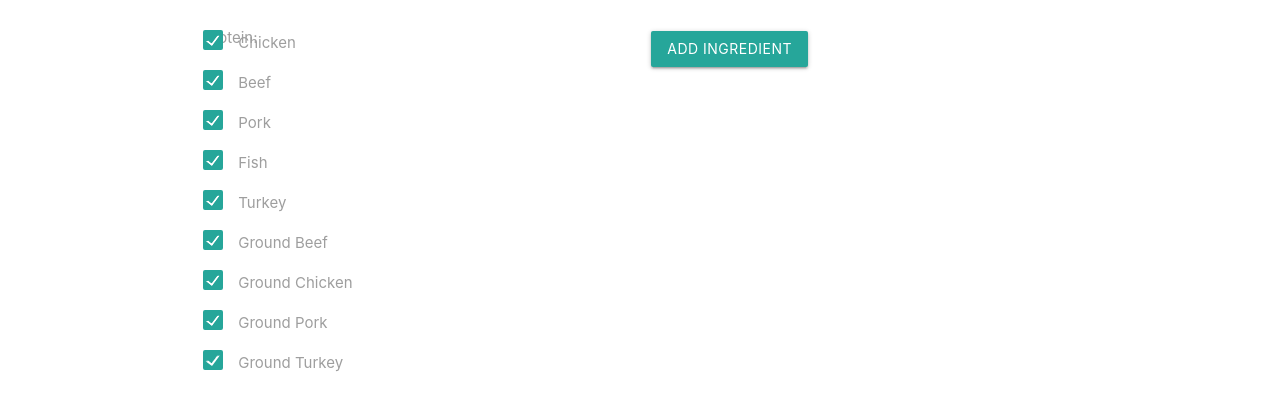
Repository: Aaron-R-Carter/Project1
Page: prototype.html
An editor plug-in stored every save of this project. The page is shown before and after a run of saves, followed by the edit.
The browser window is 1280 px wide. The pictures show the whole page.

Above is the page before, as saved 2019-10-31 23:10:11.
Console error: SyntaxError: Unexpected token '<'

### prototype.html
<!DOCTYPE html>
<html>

<head>
    <!--Import Google Icon Font-->
    <link href="https://fonts.googleapis.com/icon?family=Material+Icons" rel="stylesheet">
    <!--Import materialize.css-->
    <link rel="stylesheet" href="https://cdnjs.cloudflare.com/ajax/libs/materialize/1.0.0/css/materialize.min.css">
    <link rel="stylesheet" href="./prototype.css">
    <!--Let browser know website is optimized for mobile-->
    <meta name="viewport" content="width=device-width, initial-scale=1.0" />

</head>

<body>

    <div class="container">
        <div id="check-box" class="row">
            <div class="input-field col s6">
                <label type="text" class="label">Protein:</label>
                <form action="#">
                    <p>
                        <label>
                            <input type="checkbox" class="filled-in" checked="checked" />
                            <span>Chicken</span>
                        </label>
                    </p>
                    <p>
                        <label>
                            <input type="checkbox" class="filled-in" checked="checked" />
                            <span>Beef</span>
                        </label>
                    </p>
                    <p>
                        <label>
                            <input type="checkbox" class="filled-in" checked="checked" />
                            <span>Pork</span>
                        </label>
                    </p>
                    <p>
                        <label>
                            <input type="checkbox" class="filled-in" checked="checked" />
                            <span>Fish</span>
                        </label>
                    </p>
                    <p>
                        <label>
                            <input type="checkbox" class="filled-in" checked="checked" />
                            <span>Turkey</span>
                        </label>
                    </p>
                    <p>
                        <label>
                            <input type="checkbox" class="filled-in" checked="checked" />
                            <span>Ground Beef</span>
                        </label>
                    </p>
                    <p>
                        <label>
                            <input type="checkbox" class="filled-in" checked="checked" />
                            <span>Ground Chicken</span>
                        </label>
                    </p>
                    <p>
                        <label>
                            <input type="checkbox" class="filled-in" checked="checked" />
                            <span>Ground Pork</span>
                        </label>
                    </p>
                    <p>
                        <label>
                            <input type="checkbox" class="filled-in" checked="checked" />
                            <span>Ground Turkey</span>
                        </label>
                    </p>
                </form>
            </div>
            <div class="input-field col s6">

            </div>
            <form id="ingredient-add-btn" class="row">

                <!-- Button will trigger new ingredient to be added -->
                <div class="col s 12">
                    <input id="add " class="btn btn-primary mb-2" type="submit" value="add ingredient">
                </div>
            </form>


            <div id="ingredient-view-button"></div>

        </div>



        <script src="https://code.jquery.com/jquery-3.4.1.min.js"
            integrity="sha256-CSXorXvZcTkaix6Yvo6HppcZGetbYMGWSFlBw8HfCJo=" crossorigin="anonymous"></script>
        <script src="https://cdnjs.cloudflare.com/ajax/libs/materialize/1.0.0/js/materialize.min.js"></script>
        <script src="./script.js"></script>

</body>

</html>

### prototype.css
#form-page {
    width: 100%;
    height: 200px;
    border: 2px solid black;
}
.label {
    font-size: 15px;
}
#ingredient-input {
    width: 100%;
    height: 200px;
    border: 2px solid black;
}

### script.js

    <div id="left-box">
    <form id="ingredient-form">
        <label for="ingredient-input">List of Ingredients:</label>
        <br>
        <input type="text" id="ingredient-input" placeholder="Ingredients">

        <!-- Button will trigger new ingredients to be added -->
        <input id="add " class="btn btn-primary mb-2" type="submit" value="Add a zipcode">
    </form>

    <div id="zipcode-view"></div>
</div>

After the next 2 saves:
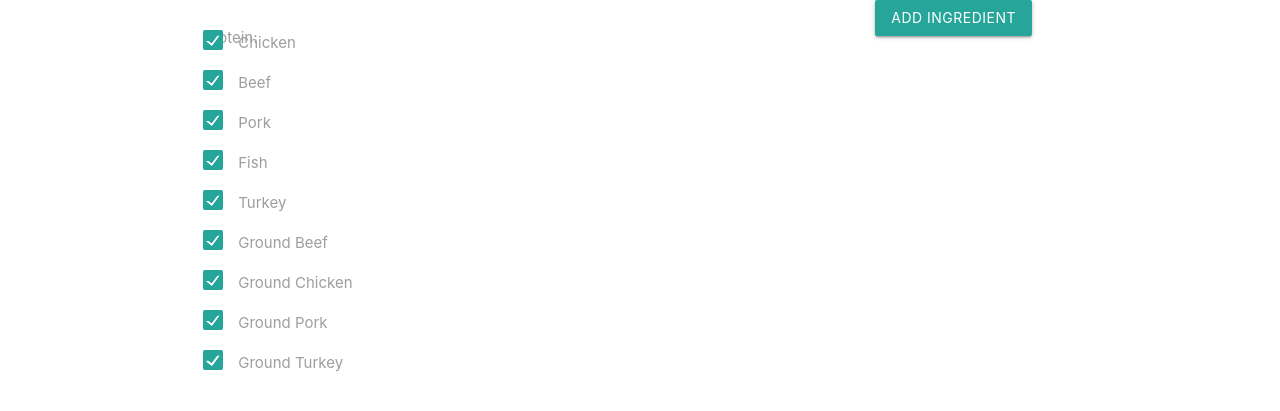
The 2 saves are shown as one change because they came seconds apart.
The last was saved 49 s later.
--- a/prototype.html
+++ b/prototype.html
@@ -16,7 +16,7 @@
 
     <div class="container">
         <div id="check-box" class="row">
-            <div class="input-field col s6">
+            <div class="input-field col s3">
                 <label type="text" class="label">Protein:</label>
                 <form action="#">
                     <p>
